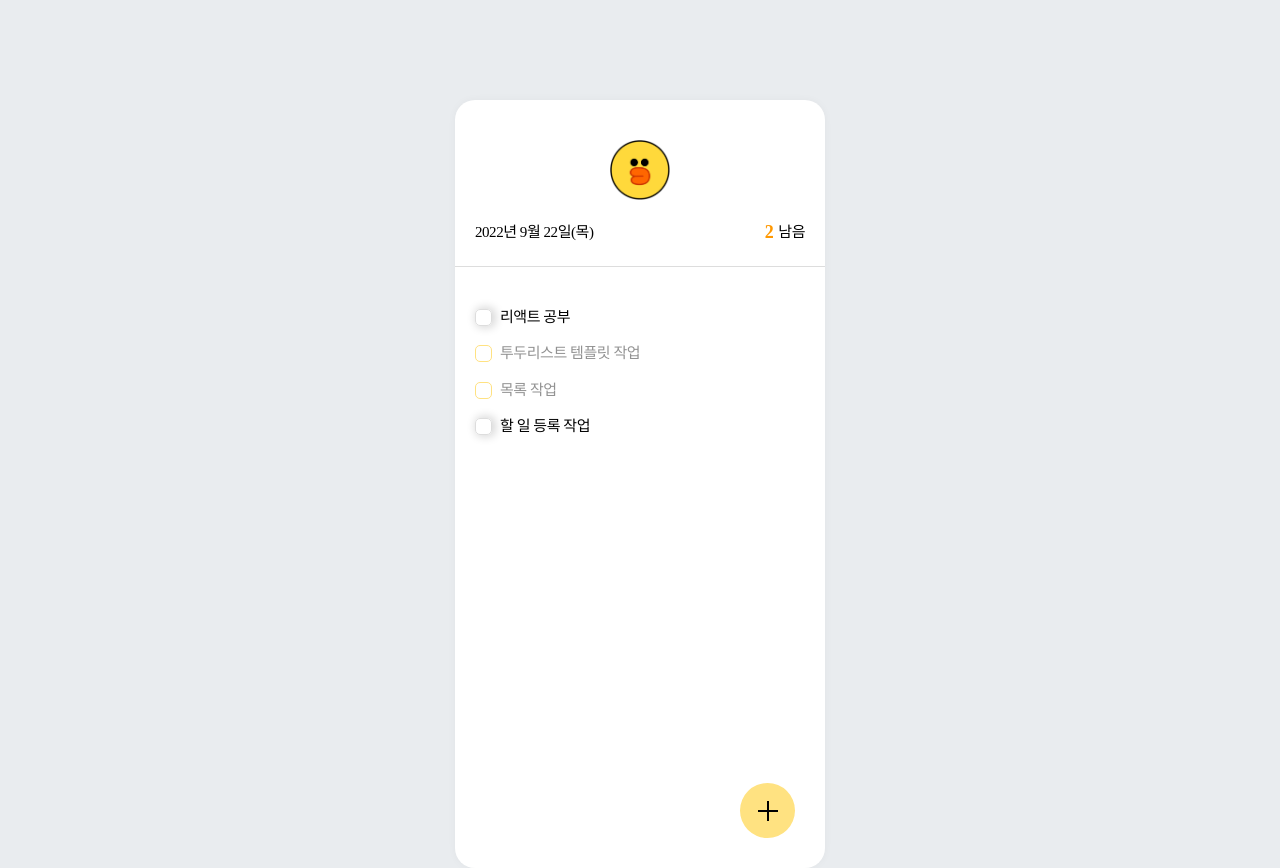
Repository: kwak0630/react-todo
Page: /
The author's editor kept a copy of each file at every save. The page is drawn from the files as they stood at one save, then again after the next save.
The browser window is 1280 px wide. The pictures show the whole page.
The project was rebuilt for these pictures with package versions that can differ from the ones it lists, and the page was loaded fresh each time.

Above is the page before, as saved 2022-09-23 09:03:39.

After the next save:
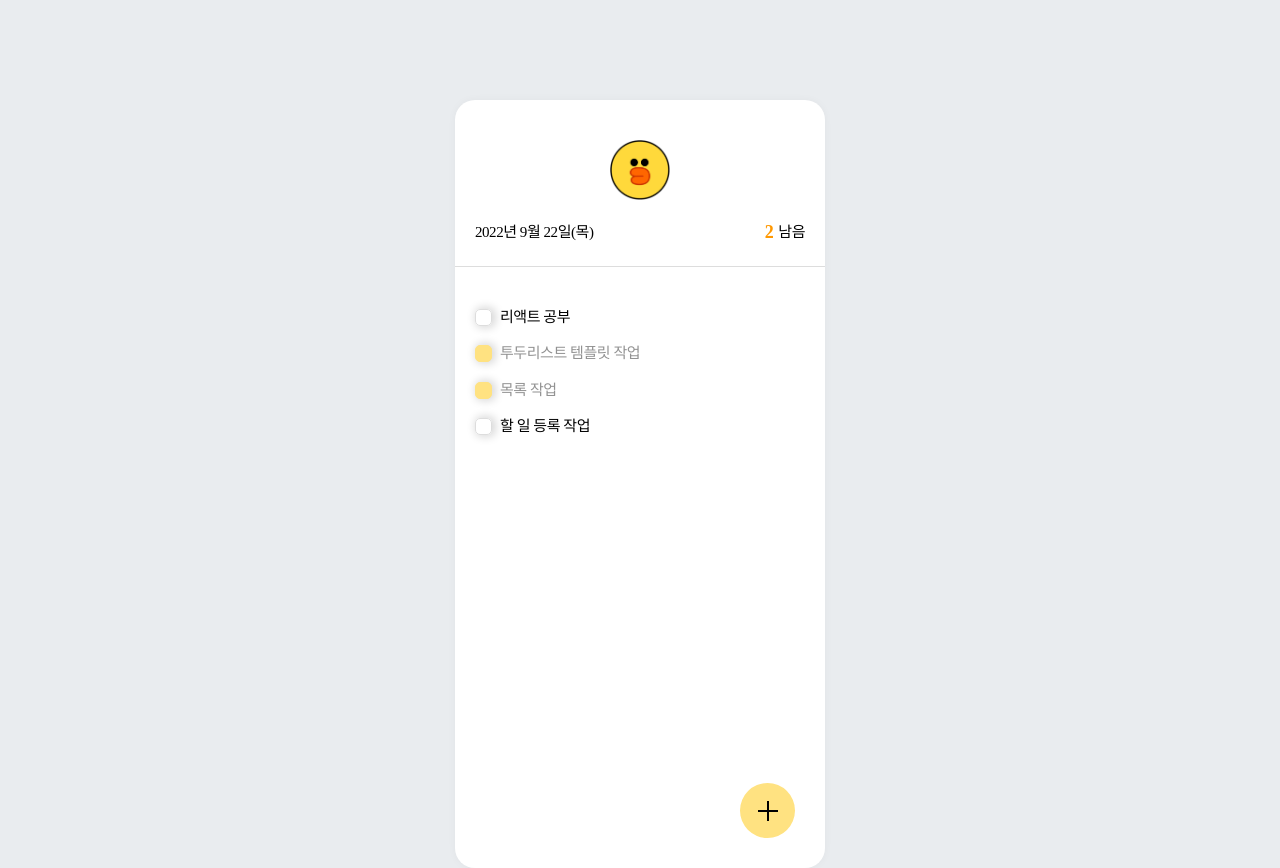
Saved 63 s later.
--- a/src/components/TodoItem.js
+++ b/src/components/TodoItem.js
@@ -13,7 +13,7 @@
     margin-right: 8px;
     border: 1px solid #ddd;
     border-radius: 5px;
-    box-shadow: 2px 0 8px 2px rgba(0,0,0,0.15)
+    box-shadow: 2px 0 8px 2px rgba(0,0,0,0.15);
     ${props =>
     props.done &&
     css`
